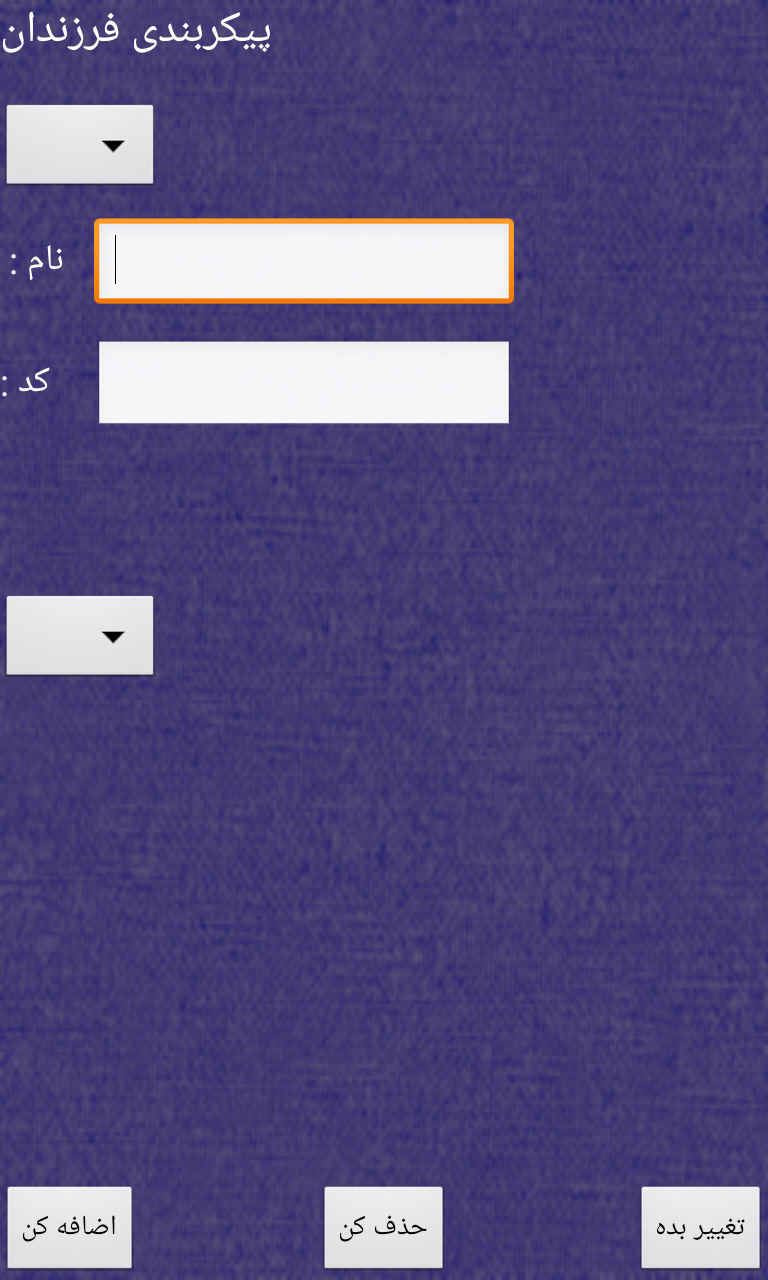
Repository: samanamp/RR-Controller
Layout: RRC app/res/layout/activity_command_setting.xml
The author's editor kept a copy of each file at every save. The layout is drawn from the files as they stood at one save, then again after the next save.
It is drawn on a 768 x 1280 px phone screen (xhdpi) without system bars, with theme AppTheme; the app's code is not run.

Above is the layout before, as saved 2012-08-09 15:02:13.

After the next save:
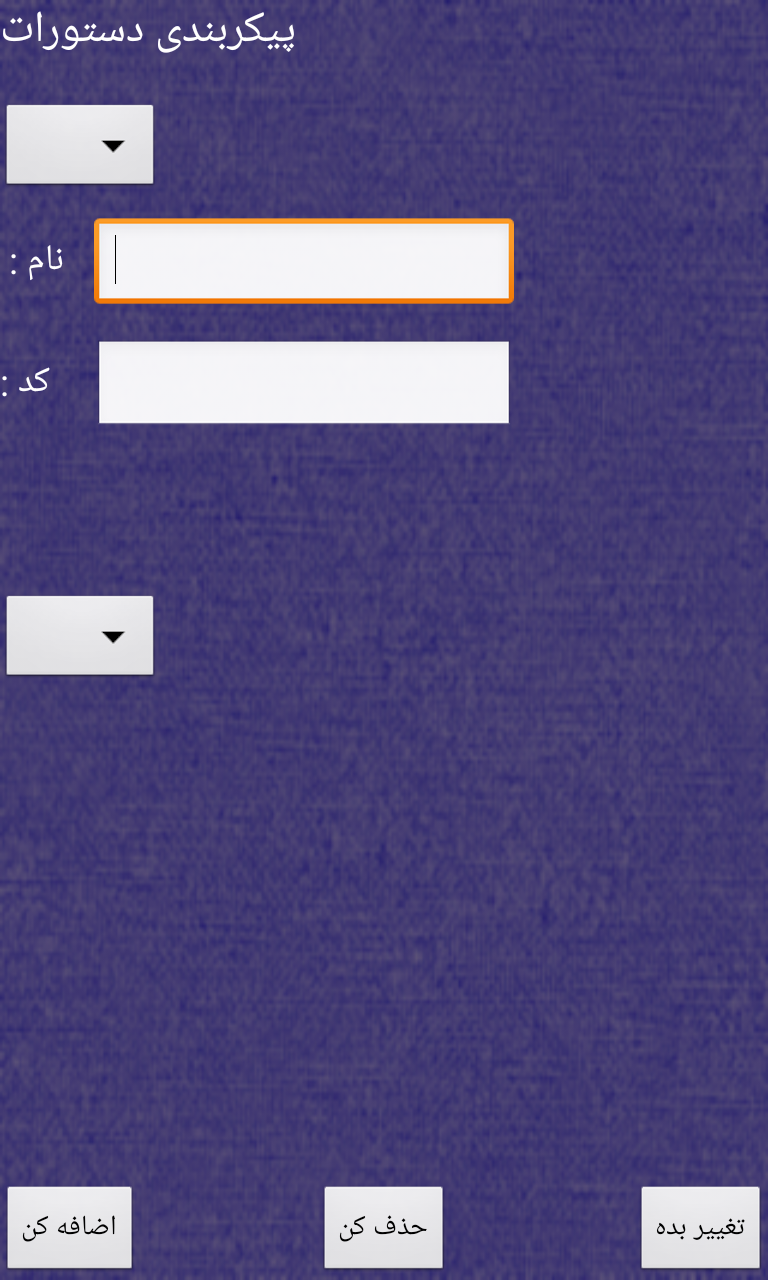
Saved 70 s later.
--- a/RRC app/res/layout/activity_command_setting.xml
+++ b/RRC app/res/layout/activity_command_setting.xml
@@ -29,7 +29,7 @@
         android:layout_height="wrap_content"
         android:layout_alignParentLeft="true"
         android:layout_alignParentTop="true"
-        android:text="پیکربندی فرزندان"
+        android:text="پیکربندی دستورات"
         android:textAppearance="?android:attr/textAppearanceLarge"
         android:textColor="#ffffff" />
 
